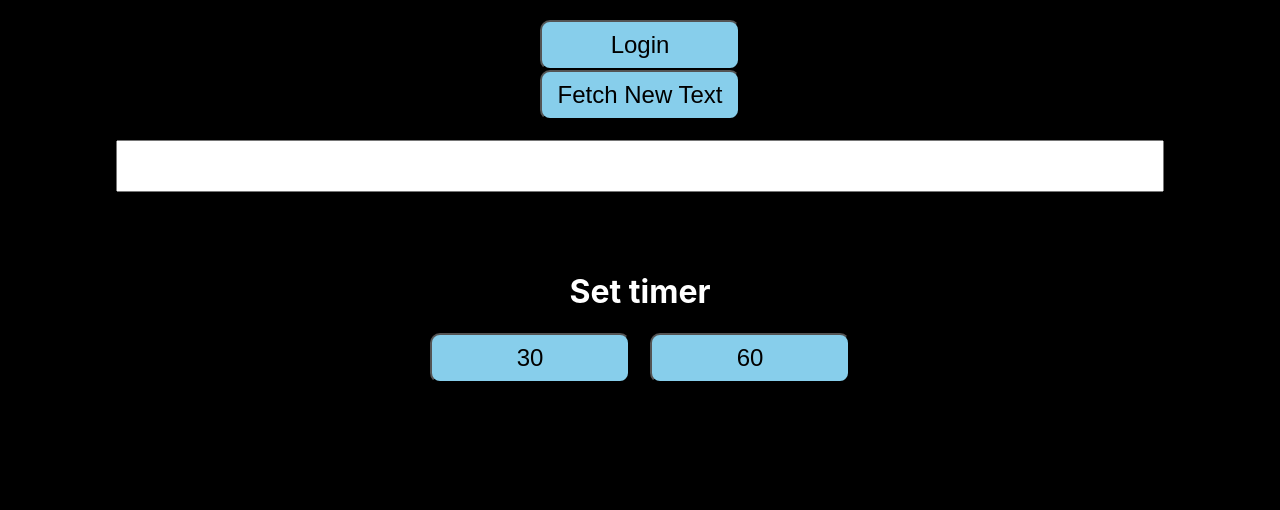
Repository: abhaysharma20233009/swiftKey
Page: / (app in frontend/my-app/)
An editor plug-in stored every save of this project. The page is shown before and after the next save, followed by the edit.
The browser window is 1280 px wide. The pictures show the whole page.
The page's requests for data from a server got no answer. The project was rebuilt for these pictures with package versions that can differ from the ones it lists, and the page was loaded fresh each time. No one was signed in, and anything a server would have sent is missing. Also part of the build but not shown: frontend/my-app/src/Results.js, frontend/my-app/src/Login.js.

Above is the page before, as saved 2024-10-10 15:13:55.

### frontend/my-app/src/App.js
//App.js

import './App.css';
import React from 'react';
import { BrowserRouter as Router, Route, Routes } from 'react-router-dom';
import Swift from './Swifts';
import Results from './Results';
import Login from './Login';
const App = () => {
    return (
        <Router>
			<div className="App">
            <Routes>
                <Route path="/" element={<Swift />} />
                <Route path="/results" element={<Results />} />
                <Route path="/login" element={<Login />} />
            </Routes>
			</div>
        </Router>
    );
};

export default App;

### frontend/my-app/src/App.css
.App {
  text-align: center;
  color:white;
}

body{
  background-color:black;
}

.log{
  color:black;
  margin-left: 10px;
  margin-right: 10px;
  background-color: skyblue;
  border-radius: 10px;
  height:50px;
  width:200px;
  justify-self: end;
  font-size: x-large;
}



.para{
  width:10%;
}

### frontend/my-app/src/Swifts.js
import React, { useState, useEffect } from 'react';
import { useNavigate, useLocation } from 'react-router-dom';

function Swifts() {
    const [message, setMessage] = useState('');
    const [inputValue, setInputValue] = useState('');
    const [currentWordIndex, setCurrentWordIndex] = useState(0);
    const [time, setTime] = useState(0);
    const navigate = useNavigate();
    const location = useLocation();

    // Retrieve username from location state
    const username = location.state?.username||'';

    const fetchMessages = async () => {
        try {
            const response = await fetch('http://localhost:7000/random-paragraph');
            const data = await response.json();
            if (data && typeof data === 'string') {
                setMessage(data);
                setInputValue('');
                setCurrentWordIndex(0);
            } else {
                console.error('Invalid data format:', data);
            }
        } catch (error) {
            console.error('Error fetching messages:', error);
        }
    };

    useEffect(() => {
        fetchMessages();
    }, []);

    useEffect(() => {
        if (time > 0) {
            const timer = setTimeout(() => {
                navigate('/results', { state: { currentWordIndex, username } }); // Pass both currentWordIndex and username
            }, time * 1000);

            return () => clearTimeout(timer);
        }
    }, [time, currentWordIndex, navigate, username]);

    const handleInputChange = (e) => {
        const value = e.target.value;
        setInputValue(value);

        const words = message.split(' ');
        const currentWord = words[currentWordIndex];

        if (currentWord && currentWord.startsWith(value.trim())) {
            if (value.trim() === currentWord) {
                setCurrentWordIndex((prevIndex) => prevIndex + 1);
                setInputValue('');
            }
        }
    };

    const words = message.split(' ');
    const currentWord = words[currentWordIndex] || '';

    return (
        <div style={{ textAlign: 'center', marginTop: '20px' }}>
            {username && <h2>Welcome, {username}!</h2>}
            <button className="log" onClick={() => navigate('/login')}>Login</button>
            <br/>
            <button className="log" onClick={fetchMessages}>Fetch New Text</button>
            <br/>
            <input
                type="text"
                value={inputValue}
                onChange={handleInputChange}
                style={{
                    fontSize: '24px',
                    width: '80%',
                    padding: '10px',
                    margin: '20px 0',
                }}
                placeholder={currentWord.slice(inputValue.length)}
            />
            <div style={{ fontSize: '24px', marginTop: '10px' }}>
                {words.map((word, index) => (
                    <span
                        key={index}
                        style={{
                            padding: '0 5px',
                            color: index === currentWordIndex ? 'blue' : 'white',
                            textDecoration: index < currentWordIndex ? 'line-through' : 'none',
                        }}
                    >
                        {word}
                    </span>
                ))}
            </div>

            <h1>Set timer</h1>
            <button className="log" onClick={() => setTime(30)}>30</button>
            <button className="log" onClick={() => setTime(60)}>60</button>
        </div>
    );
}

export default Swifts;

Loaded but not shown: frontend/my-app/public/index.html (common file); frontend/my-app/src/index.js (common file); frontend/my-app/src/index.css (common file); frontend/my-app/src/reportWebVitals.js (common file)

After the next save:
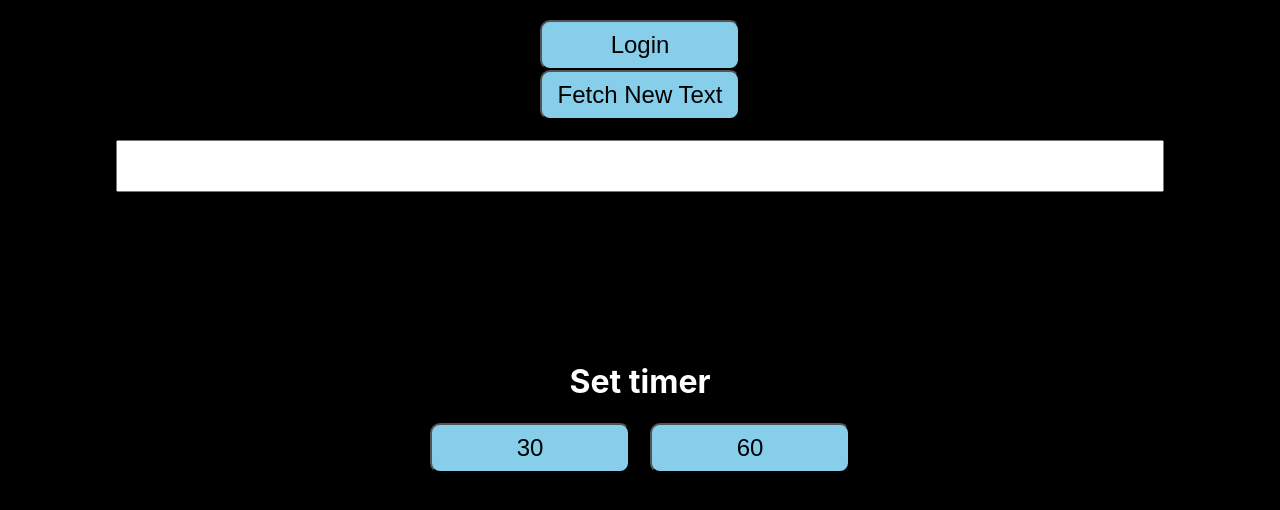
Saved 42 s later.
--- a/frontend/my-app/src/Swifts.js
+++ b/frontend/my-app/src/Swifts.js
@@ -79,7 +79,7 @@ function Swifts() {
                 }}
                 placeholder={currentWord.slice(inputValue.length)}
             />
-            <div style={{ fontSize: '24px', marginTop: '10px' }}>
+            <div className="para" style={{ fontSize: '24px', marginTop: '100px' }}>
                 {words.map((word, index) => (
                     <span
                         key={index}
